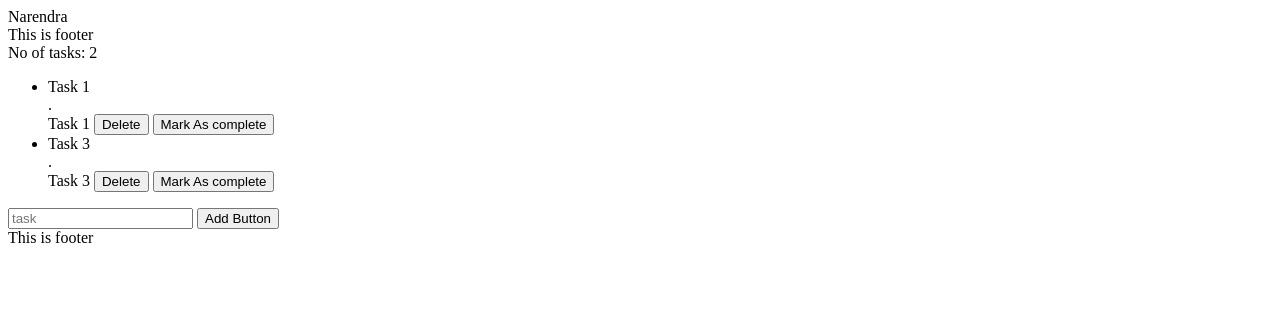
Repository: narendraiitm/jan-2023-term-live-session
Page: todo-vue/index.html
These files come from the project's save history. The page is drawn as it stood at one moment and after the next save; the edit follows.
The browser window is 1280 px wide. The pictures show the whole page.

Above is the page before, as saved 2023-02-16 17:50:04.

After the next save:
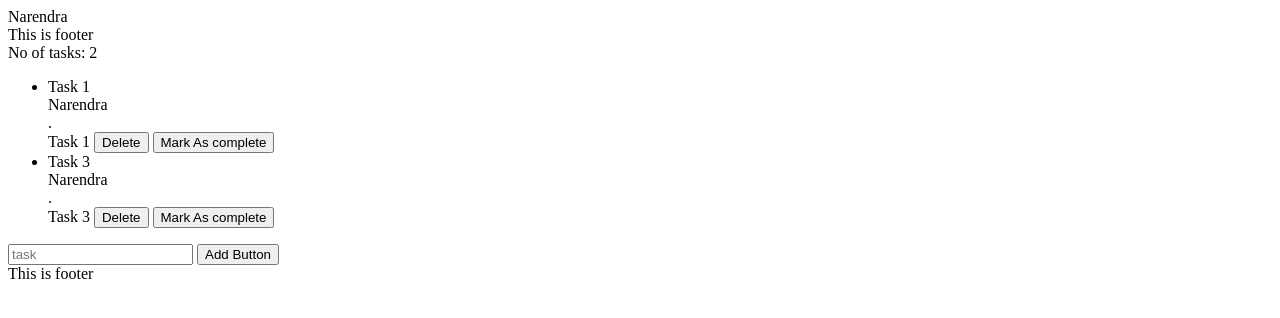
Saved 12 s later.
--- a/todo-vue/app.js
+++ b/todo-vue/app.js
@@ -24,7 +24,7 @@
   <ul>
 
     <li v-for='(task, index) in tasks'>
-        <Task :childTask="task" />
+        <Task :childTask="task" name='Narendra'/>
         <span :class='{complete: task.complete}'>{{task.name}}</span>
         <button @click='deleteTask(index)'> Delete</button>
         <button @click='markAsComplete(index)'> Mark As complete</button>

After the save that followed:
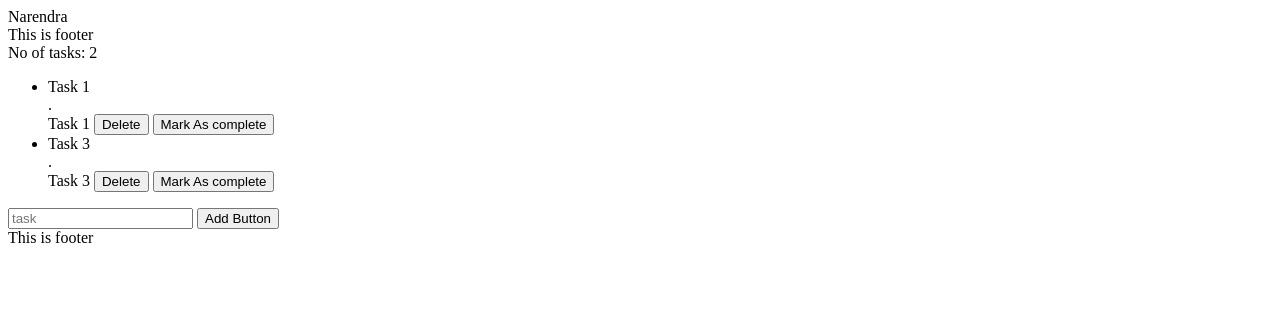
Saved 44 s later.
--- a/todo-vue/app.js
+++ b/todo-vue/app.js
@@ -24,7 +24,7 @@
   <ul>
 
     <li v-for='(task, index) in tasks'>
-        <Task :childTask="task" name='Narendra'/>
+        <Task :childTask="task" :name='Narendra'/>
         <span :class='{complete: task.complete}'>{{task.name}}</span>
         <button @click='deleteTask(index)'> Delete</button>
         <button @click='markAsComplete(index)'> Mark As complete</button>
